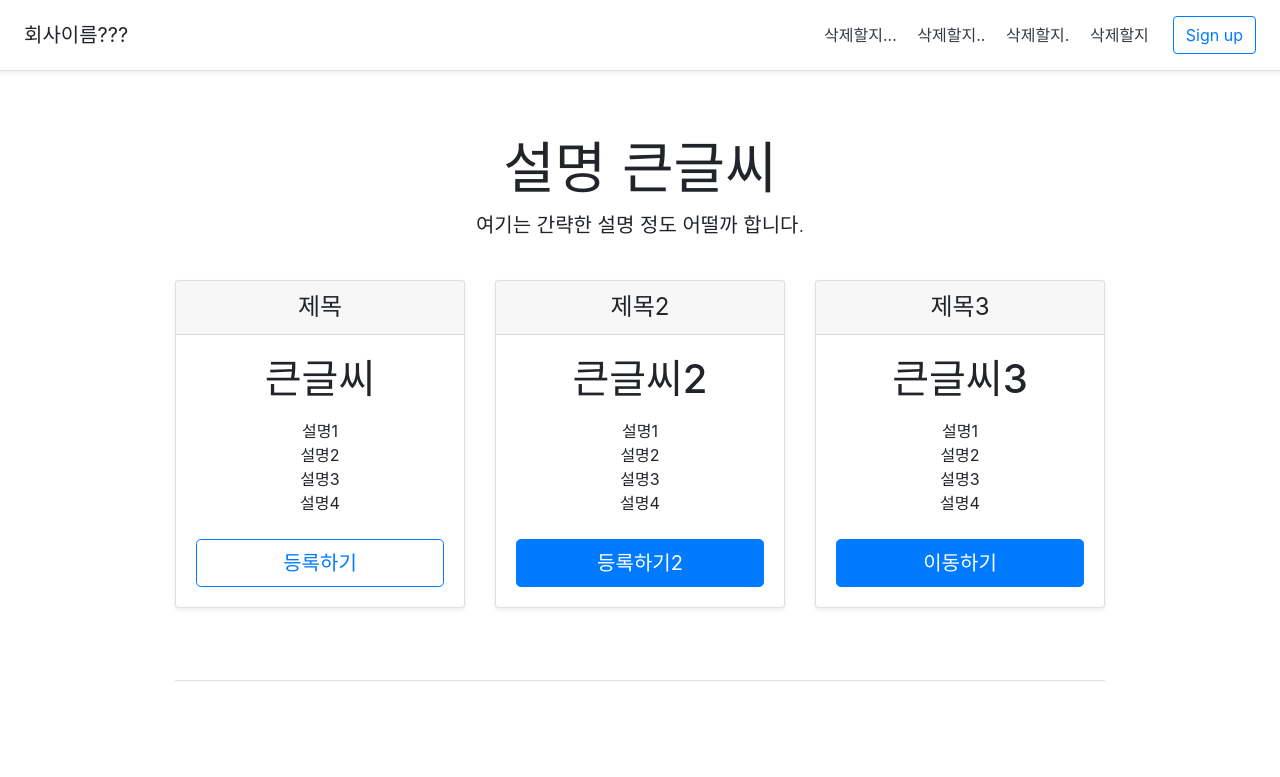
Repository: SettingRhino/innogleantmanager
Page: http://localhost/antmanager/WEB-INF/views/home.jsp
An editor plug-in stored every save of this project. The page is shown before and after the next save, followed by the edit.
The browser window is 1280 px wide. The pictures show the whole page.
The page is served by Tomcat 9. Nobody is signed in. The template is opened directly, without the code that normally fills it, so the values that code supplies are empty.

Above is the page before, as saved 2020-06-07 17:08:03.

After the next save:
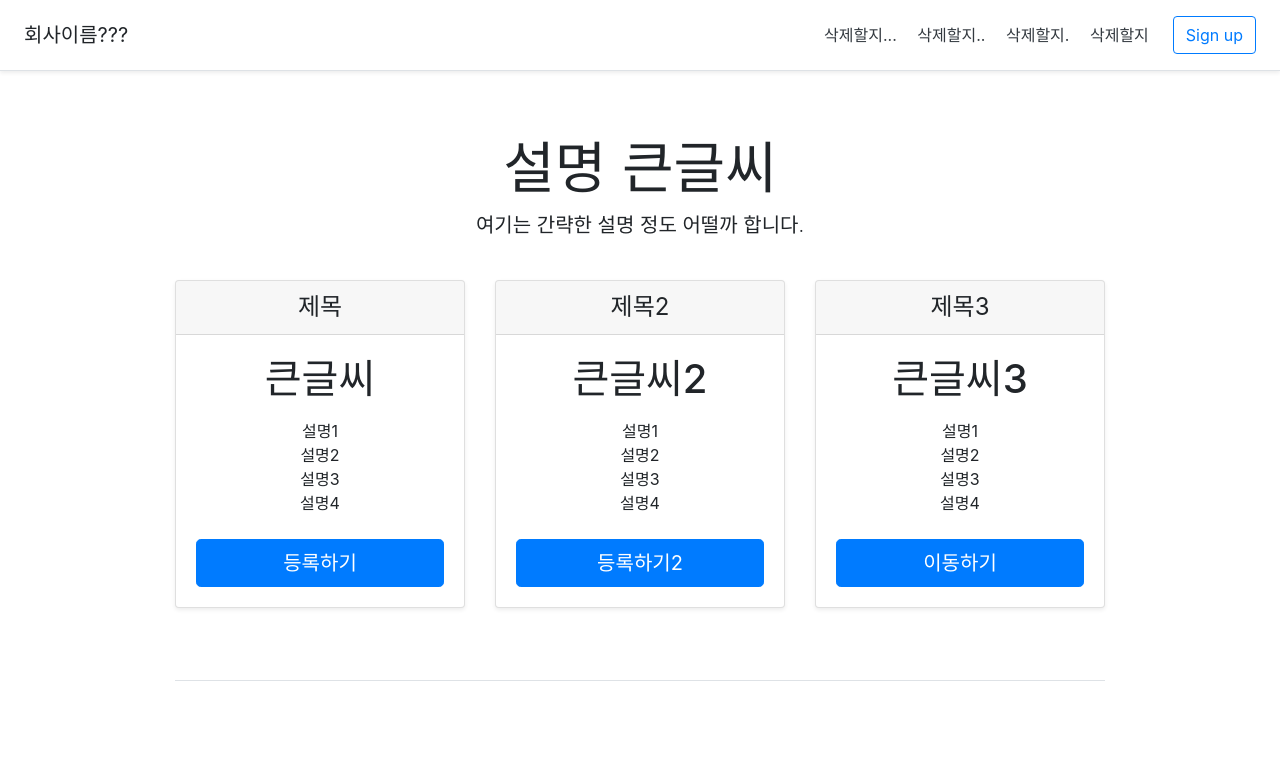
Saved 49 s later.
--- a/antmanager/src/main/webapp/WEB-INF/views/home.jsp
+++ b/antmanager/src/main/webapp/WEB-INF/views/home.jsp
@@ -75,7 +75,7 @@
           <li>설명3</li>
           <li>설명4</li>
         </ul>
-        <button type="button" class="btn btn-lg btn-block btn-outline-primary"href="#">등록하기</button>
+        <button type="button" class="btn btn-lg btn-block btn-primary"href="#">등록하기</button>
       </div>
     </div>
     <div class="card mb-4 shadow-sm">
